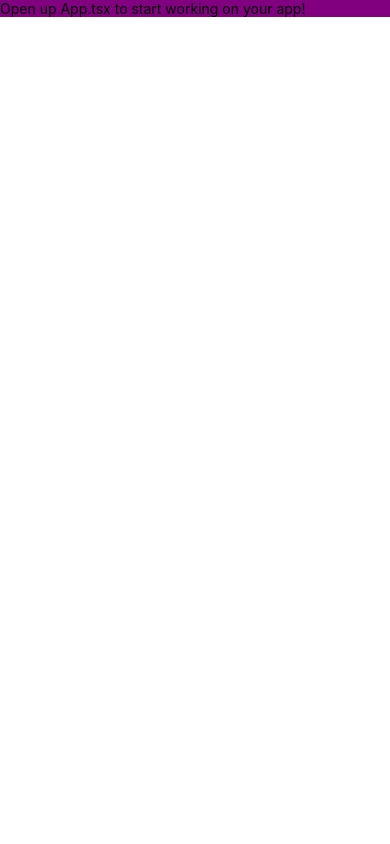
Repository: duongnoob23/WIND_SPEED_IOT
Screen: /Home
The author's editor kept a copy of each file at every save. The screen is drawn from the files as they stood at one save, then again after the next save.
The app was drawn by React Native's web renderer in a window 390 px wide. The project was rebuilt for these pictures with package versions that can differ from the ones it lists, and the page was loaded fresh each time.

Above is the screen before, as saved 2025-03-10 15:11:03.

After the next save:
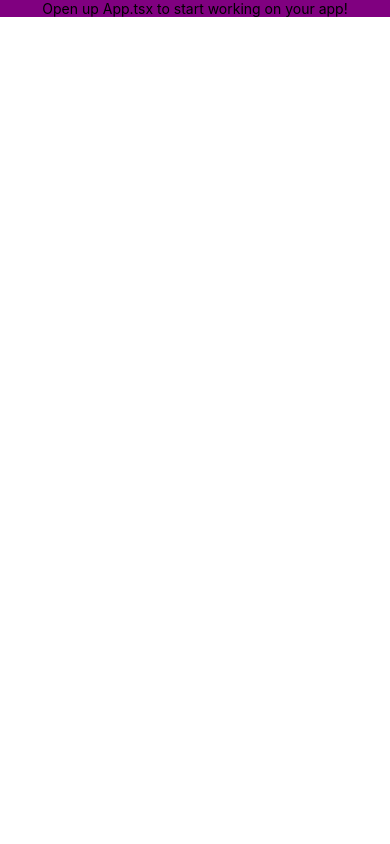
Saved 16 s later.
--- a/App.tsx
+++ b/App.tsx
@@ -13,5 +13,8 @@ export default function App() {
 const css = StyleSheet.create({
   frontEnd: {
     backgroundColor: "purple",
+    display: "flex",
+    justifyContent: "center",
+    alignItems: "center",
   },
 });
